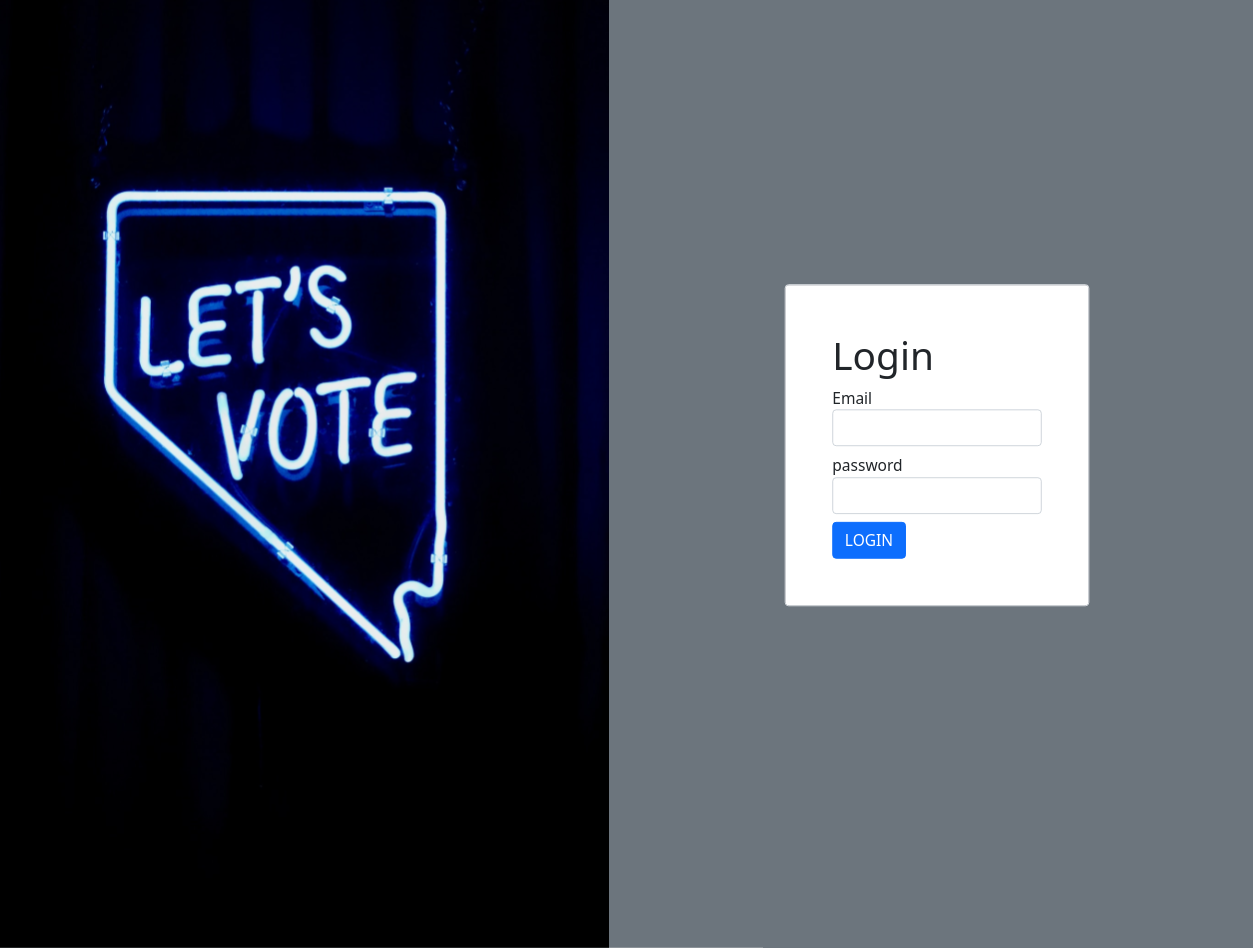
Repository: DavidManiIbrahim/Voting-app
Page: Login.html
These files come from the project's save history. The page is drawn as it stood at one moment and after the next save; the edit follows.
The browser window is 1280 px wide. The page is 1292 px wide, so the pictures cover 1292 px, including what lies to the right of the window. The pictures show the whole page, at 97% of full size.

Above is the page before, as saved 2025-01-18 07:05:00.

### Login.html
<!DOCTYPE html>
<html lang="en">
<head>
    <meta charset="UTF-8">
    <meta name="viewport" content="width=device-width, initial-scale=1.0">
    <title>Login Page</title>
    <link rel="stylesheet" href="./bootstrap.css">
</head>
<body>

<style>
    form{
        position: relative;
        top: 30%;
    }
</style>

<div class="row bg-secondary">
    <div class="col-md  container-fluid">
        <img src="./unsplash_LA1VawaCjjI.svg" alt="login image" class=" img-fluid" width="100%">
    </div>
    <div class="col-md text-white align-items-center">
        <form action="" class="w-50 border p-5 m-auto form-control">
            <h1>Login</h1>
            <label for="email" class="form-label">Email  <br>
                <input class="form-control" type="text">
            </label> <br>
            <label class="form-label"" for="password">password  <br>
                <input class="form-control" type="password" class="form-text">
            </label> <br>
            <button class="btn btn-primary">LOGIN</button>
        </form>
    </div>
</div>








<script src="./bootstrap.min.js"></script>
</body>
</html>

Loaded but not shown: bootstrap.css (library); bootstrap.min.js (library)

After the next save:
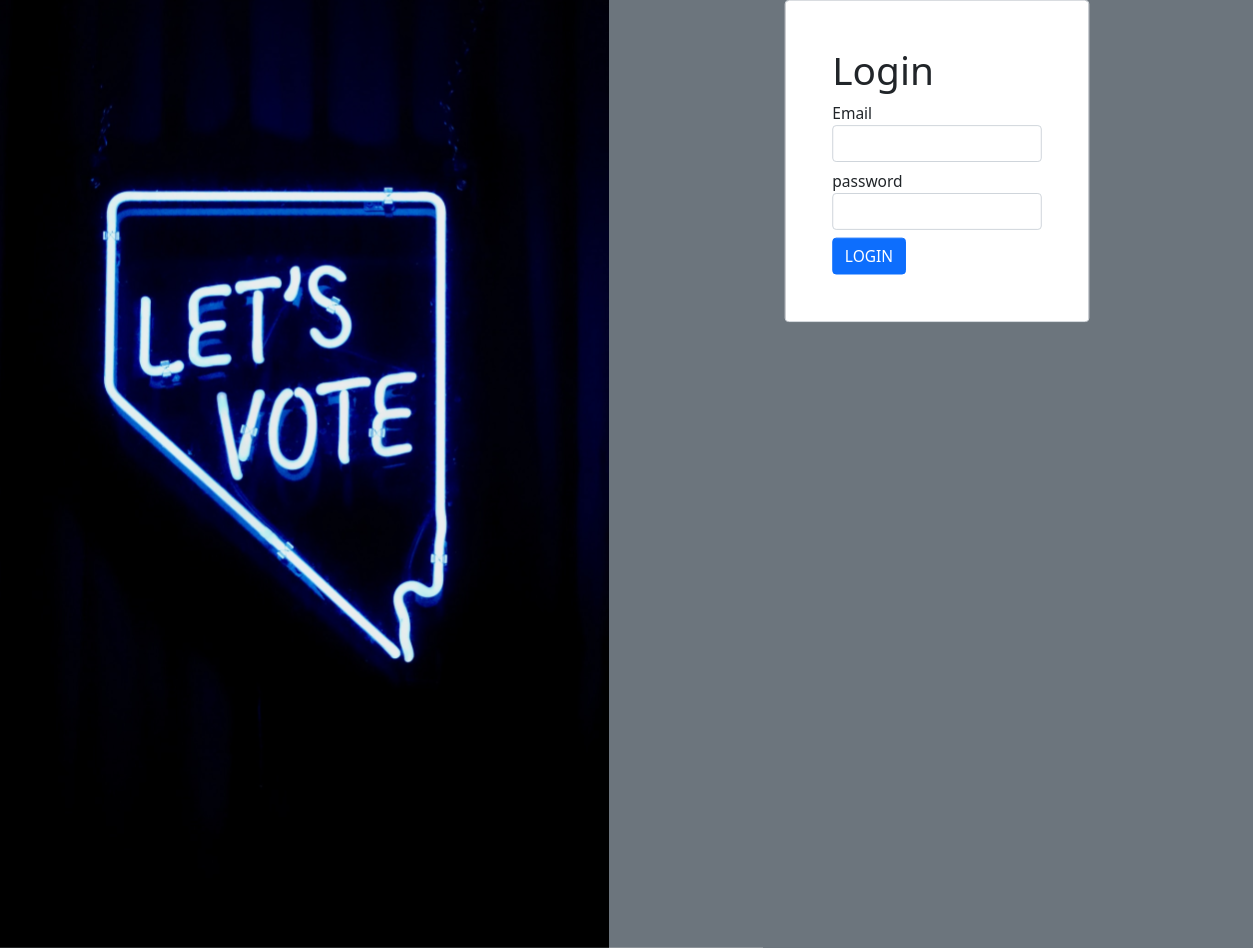
Saved 17 s later.
--- a/Login.html
+++ b/Login.html
@@ -11,7 +11,7 @@
 <style>
     form{
         position: relative;
-        top: 30%;
+        /* top: 30%; */
     }
 </style>
 
